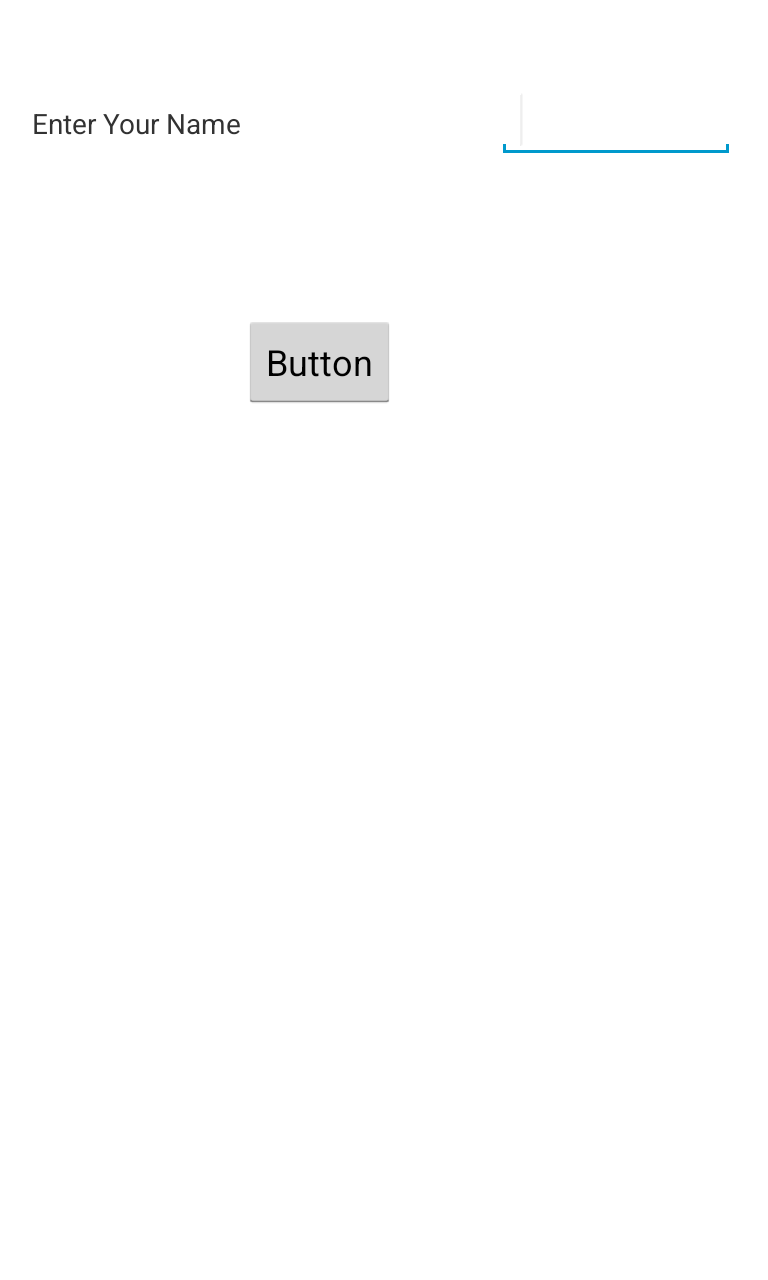
Repository: arjuntheprogrammer/iact
Layout: iact/iact android practice/mywork/BundleDemo/res/layout/activity_main.xml
An editor plug-in stored every save of this project. The layout is shown before and after the next save, followed by the edit.
It is drawn on a 768 x 1280 px phone screen (xhdpi) without system bars, with theme AppTheme; the app's code is not run.

Above is the layout before, as saved 2015-12-26 00:27:50.

After the next save:
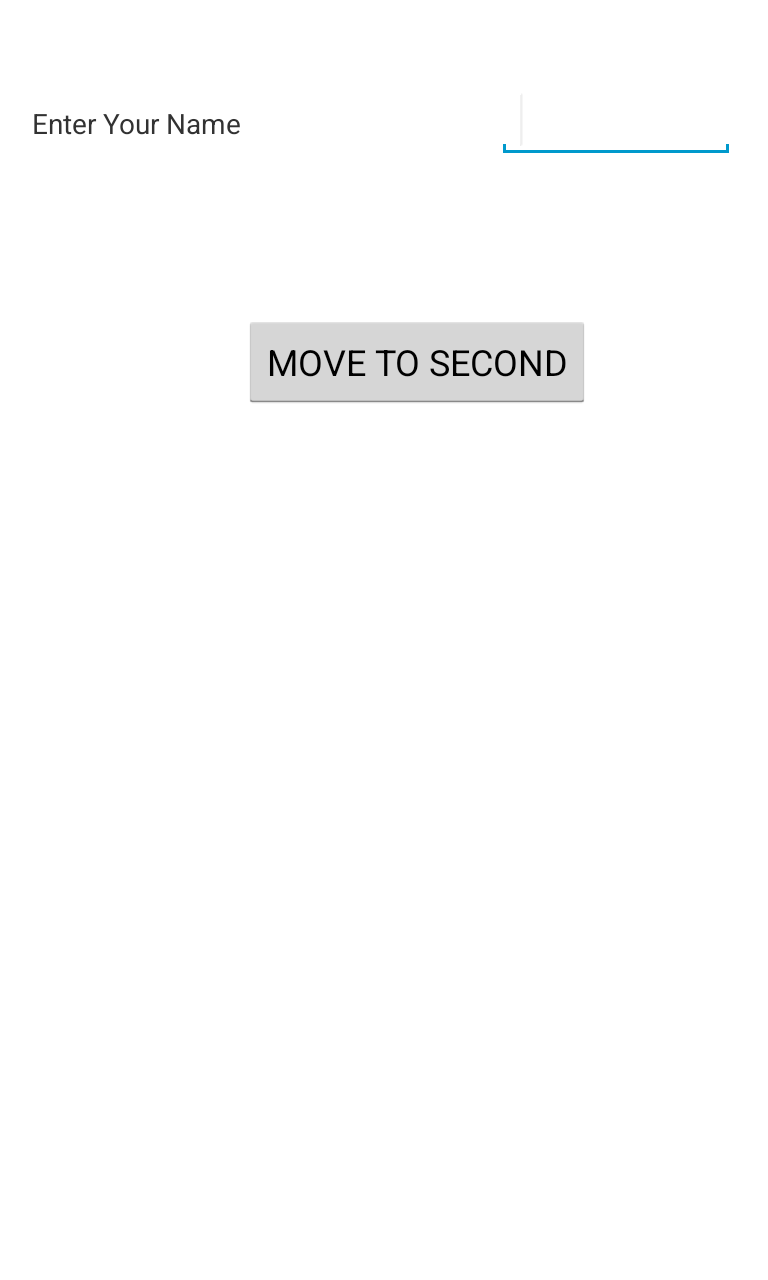
Saved 17 s later.
--- a/iact/iact android practice/mywork/BundleDemo/res/layout/activity_main.xml
+++ b/iact/iact android practice/mywork/BundleDemo/res/layout/activity_main.xml
@@ -37,6 +37,6 @@
         android:layout_below="@+id/editText1"
         android:layout_marginTop="77dp"
         android:layout_toRightOf="@+id/textView1"
-        android:text="Button" />
+        android:text="MOVE TO SECOND" />
 
 </RelativeLayout>
